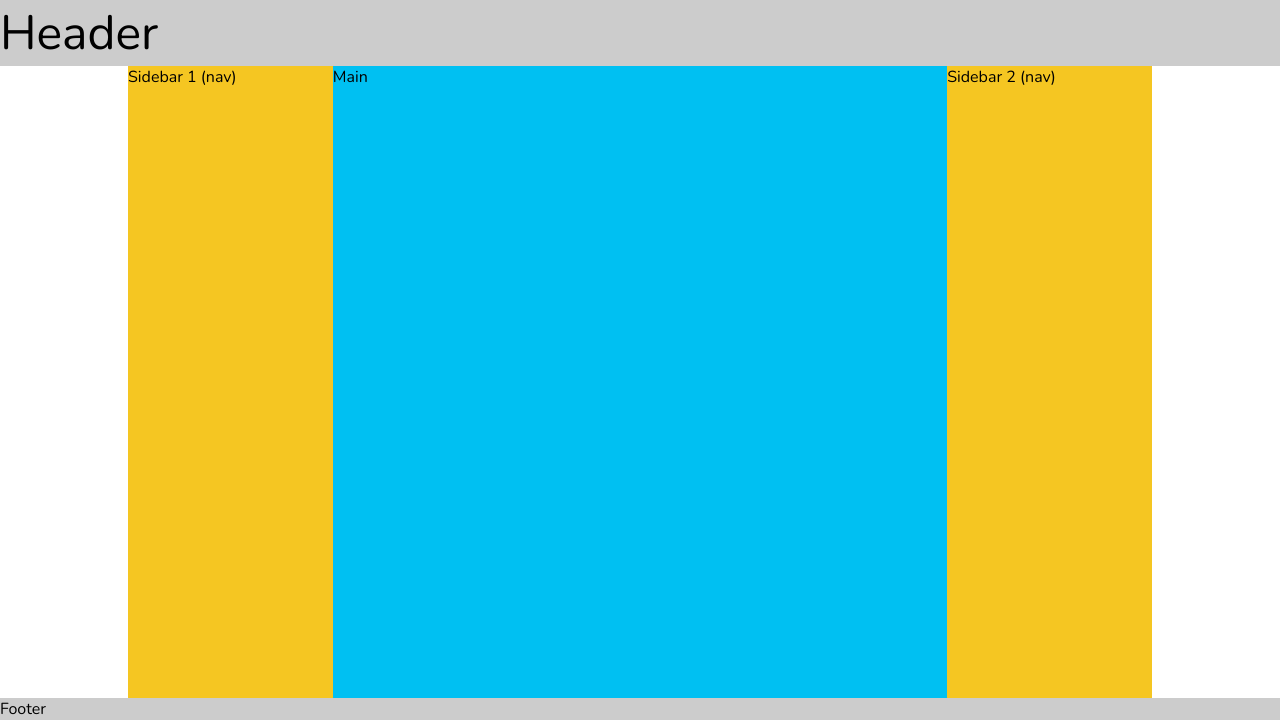
Repository: mariocapitbrok/css-combining-grid-and-flexbox-0105
Page: index.html
These files come from the project's save history. The page is drawn as it stood at one moment and after the next save; the edit follows.
The browser window is 1280 px wide. The pictures show the whole page.

Above is the page before, as saved 2022-10-06 17:06:37.

### index.html
<!DOCTYPE html>
<html lang="en">
<head>
    <meta charset="UTF-8">
    <meta name="viewport" content="width=device-width, initial-scale=1.0">
    <title>Basic responsive layout</title>
    <link rel="stylesheet" href="styles/base.css" type="text/css">
</head>
<body>
    <header>Header</header>
    <main>
        <article class="main">Main</article>
        <aside class="sidebar1">Sidebar 1 (nav)</aside>
        <aside class="sidebar2">Sidebar 2 (nav)</aside>
    </main>
    <footer>Footer</footer>
</body>
</html>

### styles/base.css
@import url('https://fonts.googleapis.com/css2?family=Nunito:ital,wght@0,300;0,400;0,700;0,900;1,600&display=swap');

* {
    margin: 0;
    padding: 0;
    font-family: 'Nunito', sans-serif;
    box-sizing: border-box;
}

body {
    display: flex;
    flex-direction: column;
    min-height: 100vh;
}

header {
    background-color: #CCC;
    font-size: 3em;
}

footer {
    background-color: #CCC;
}

main {
    display: flex;
    flex-direction: column;
    flex:1
}

article.main {
    background-color: #00C0F2;
    flex:1;
}

aside {
    background-color: #F5C622;
}

@media (min-width: 768px) {
    main {
        width: 80%;
        margin: 0 auto;
        flex-direction: row;
    }

    aside {
        flex: 0 0 20%;
    }

    .sidebar1 {
        order: -1;
    }

}

After the next save:
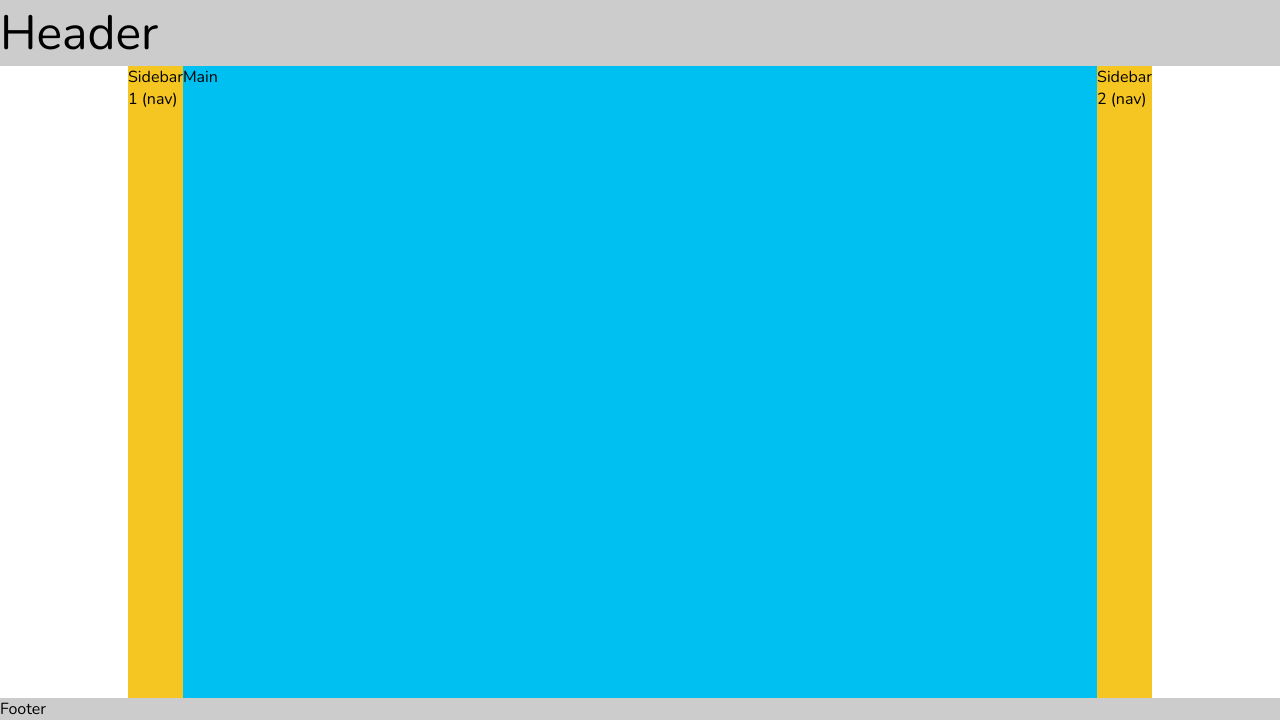
Saved 6 s later.
--- a/styles/base.css
+++ b/styles/base.css
@@ -45,7 +45,7 @@
     }
 
     aside {
-        flex: 0 0 20%;
+        flex: 0 0 0;
     }
 
     .sidebar1 {

After the save that followed:
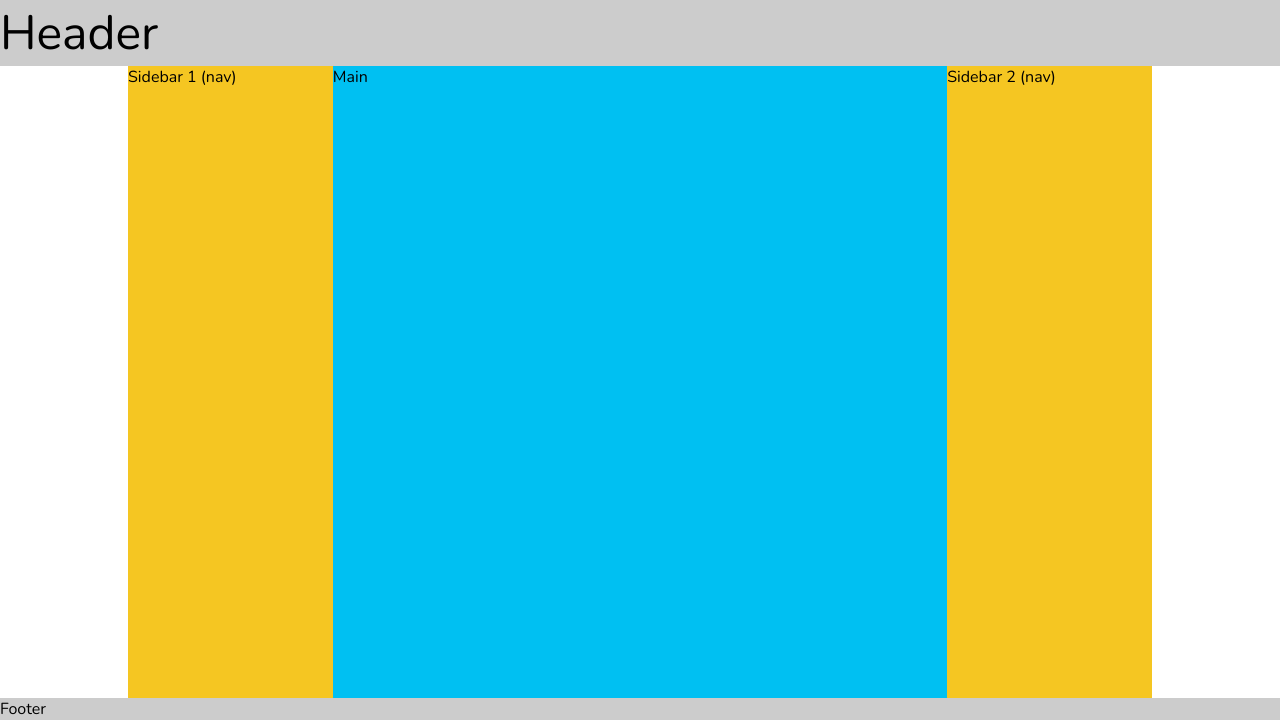
Saved 14 s later.
--- a/styles/base.css
+++ b/styles/base.css
@@ -45,7 +45,7 @@
     }
 
     aside {
-        flex: 0 0 0;
+        flex: 0 0 20%;
     }
 
     .sidebar1 {
